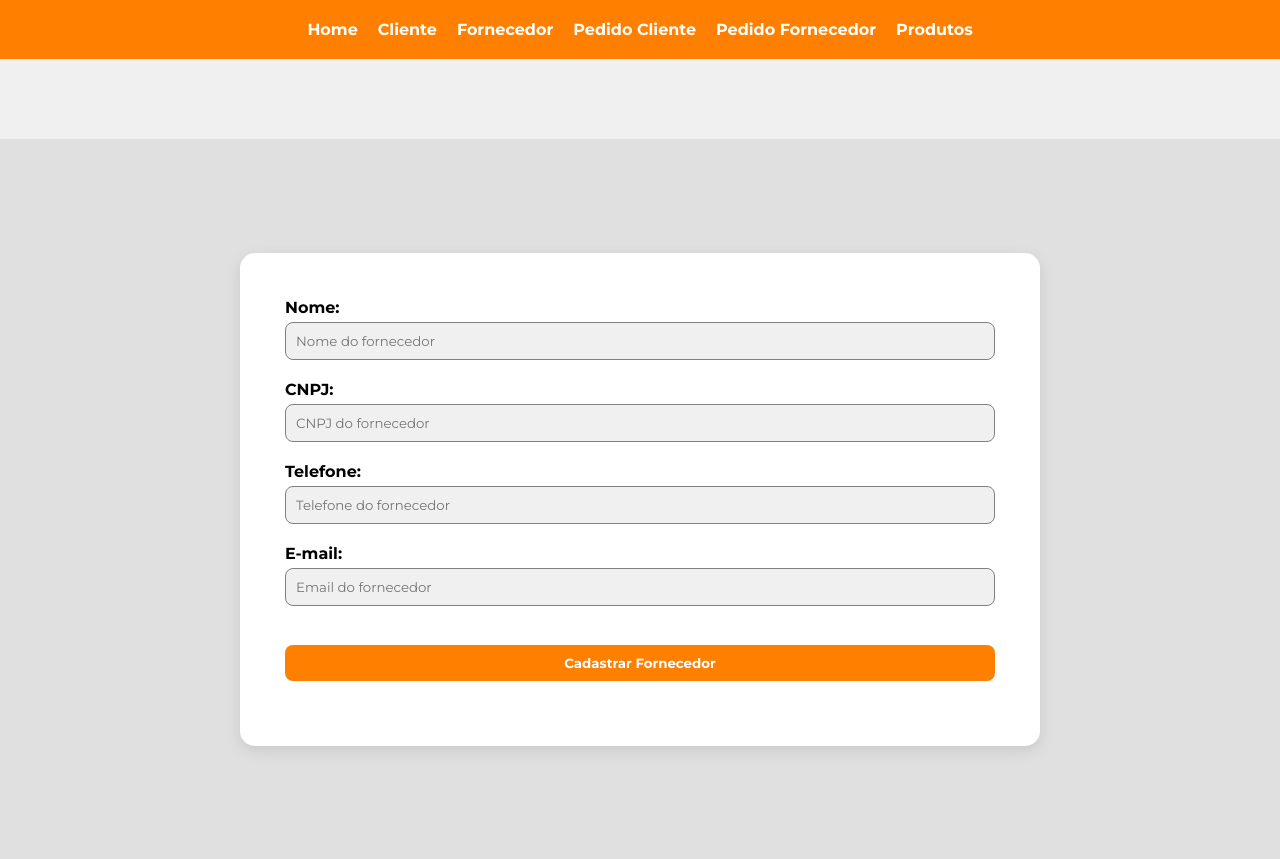
Repository: walterdmp/JavaWeb_BartoBotinas
Page: http://localhost/BartoBotinas/cadastrarFornecedor.jsp
An editor plug-in stored every save of this project. The page is shown before and after the next save, followed by the edit.
The browser window is 1280 px wide. The pictures show the whole page.
The page is served by Tomcat 9.

Above is the page before, as saved 2024-07-30 22:25:53.

After the next save:
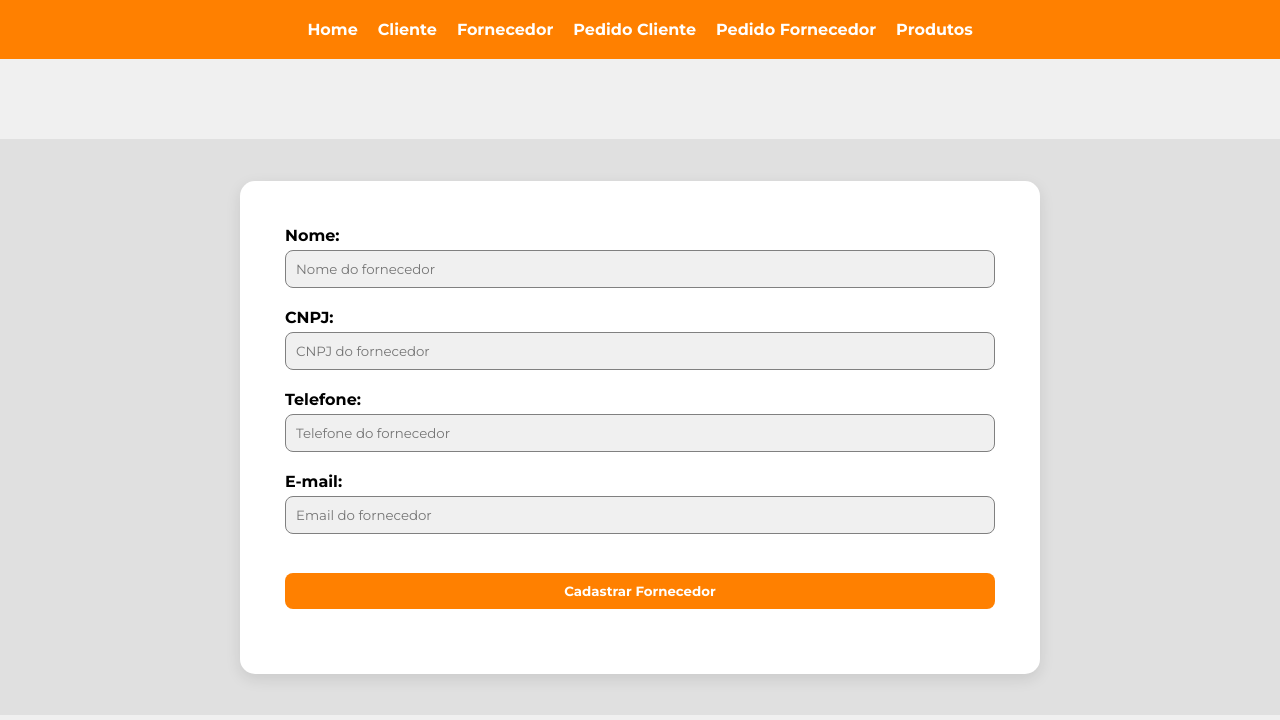
Saved 18 s later.
--- a/BartoBotinas/WebContent/css/estilo.css
+++ b/BartoBotinas/WebContent/css/estilo.css
@@ -45,7 +45,7 @@ body {
 	align-items: center;
 	background-color: #e0e0e0;
 	width: 100%;
-	height: 100vh;
+	height: 80vh;
 	padding: 20px;
 	margin-top: 80px;
 }
